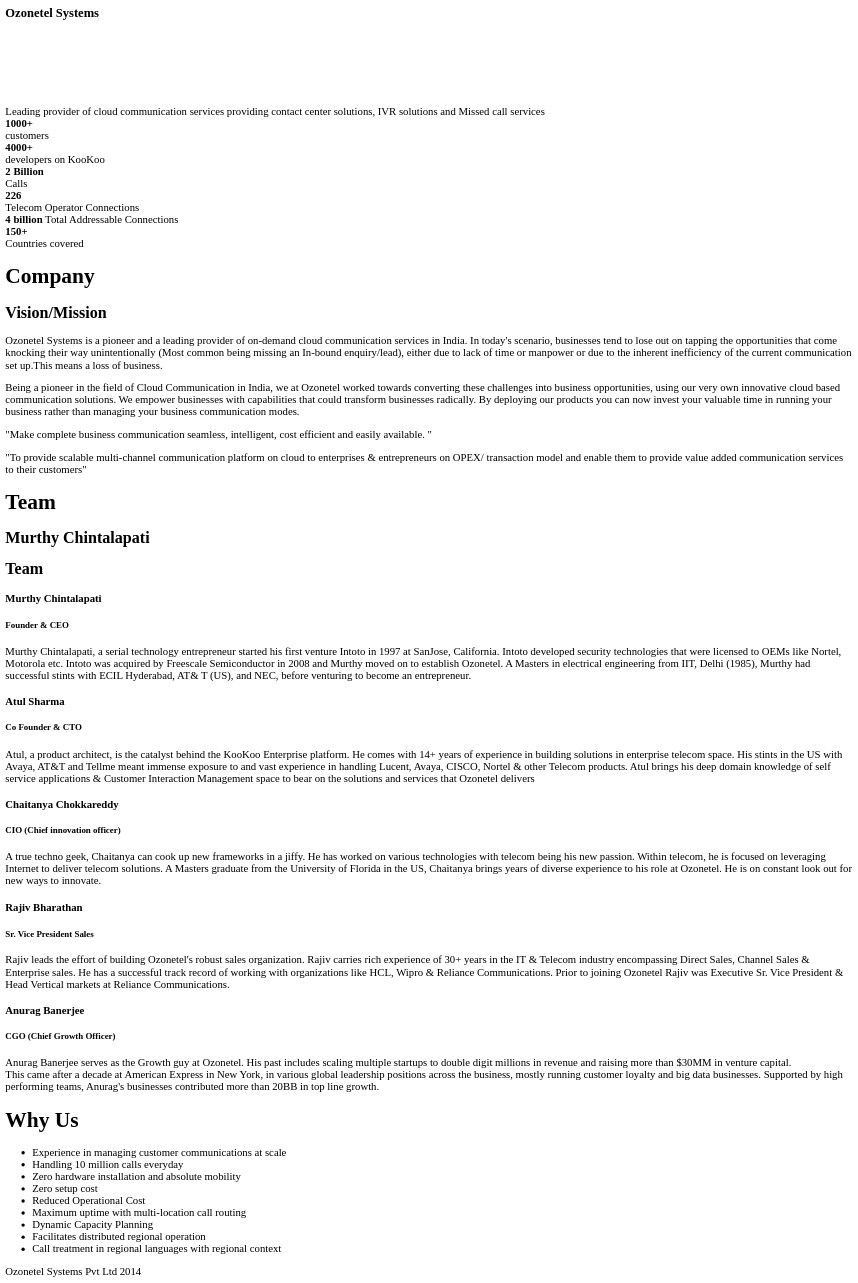
Repository: ashutosh238/ozonetelblogsite
Page: OzonetelBlogSiteFrontEnd/Web/c_aboutUs/AboutUs.html
An editor plug-in stored every save of this project. The page is shown before and after the next save, followed by the edit.
The browser window is 1280 px wide. The pictures show the whole page, at 67% of full size.

Above is the page before, as saved 2019-01-08 11:11:00.

After the next save:
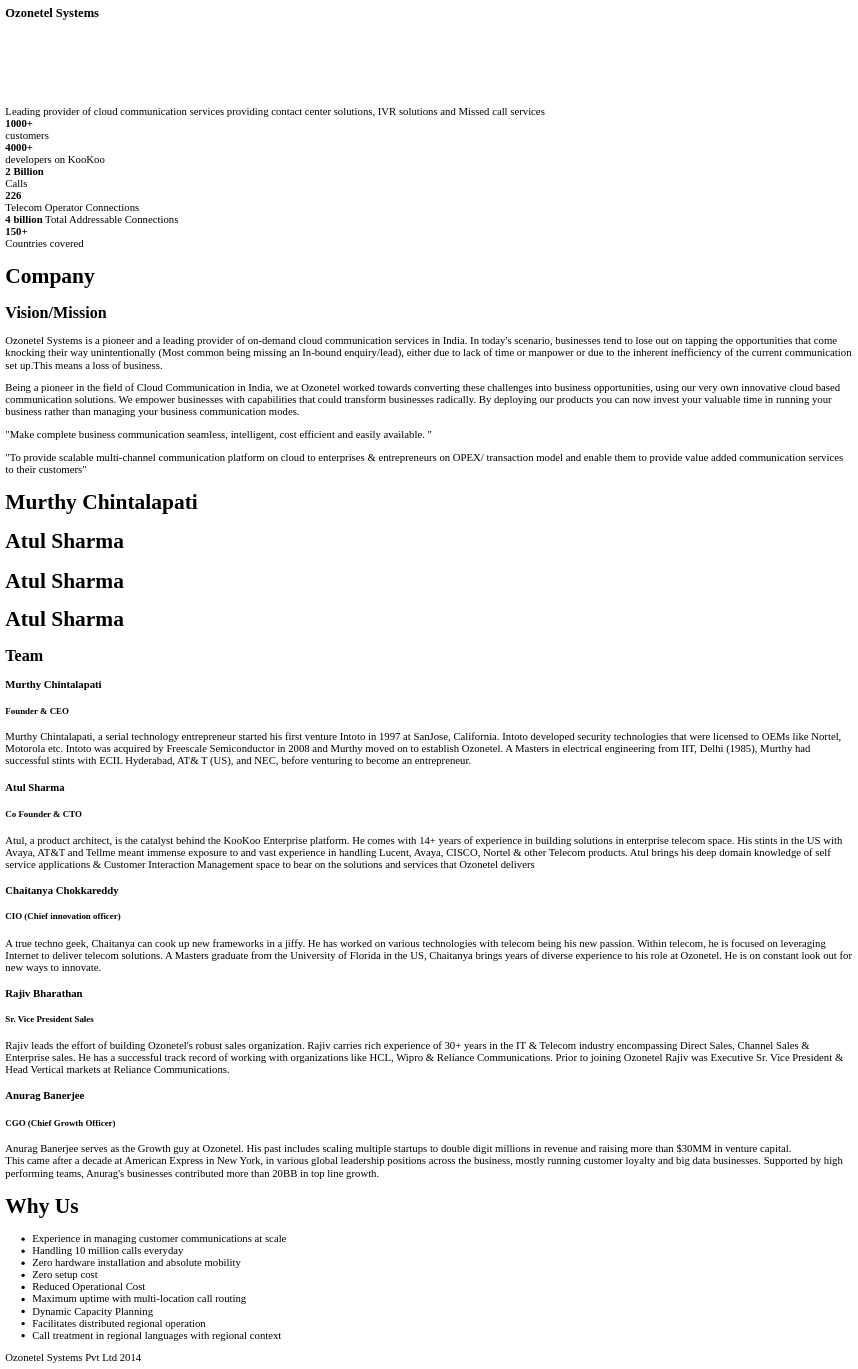
Saved 7 min 45 s later.
--- a/OzonetelBlogSiteFrontEnd/Web/c_aboutUs/AboutUs.html
+++ b/OzonetelBlogSiteFrontEnd/Web/c_aboutUs/AboutUs.html
@@ -85,21 +85,26 @@
 						added communication services to their
 						customers"
 					</p>
-					<!--<a href="aboutus.html#" class="join-team button button-small">Join our team</a>-->
 				</div>
 			</div>
 
-			<div id="info">
+		<div id="info">
 		<div class="container">
 			<div class="row">
 				<div class="col-md-6">
-					<h1>Team</h1>
+					<h1>Murthy Chintalapati</h1>
 				</div>
 				<div class="col-md-6">
-					<h2>Murthy Chintalapati</h2>
+					<h1>Atul Sharma</h1>
 				</div>
-			</div>
-
+				<div class="col-md-6">
+					<h1>Atul Sharma</h1>
+				</div>
+				<div class="col-md-6">
+					<h1>Atul Sharma</h1>
+				</div>
+				</div>
+				</div></div>
 
 			<div class="col-md-6 team-row">
 					<div class="col-md-6">
